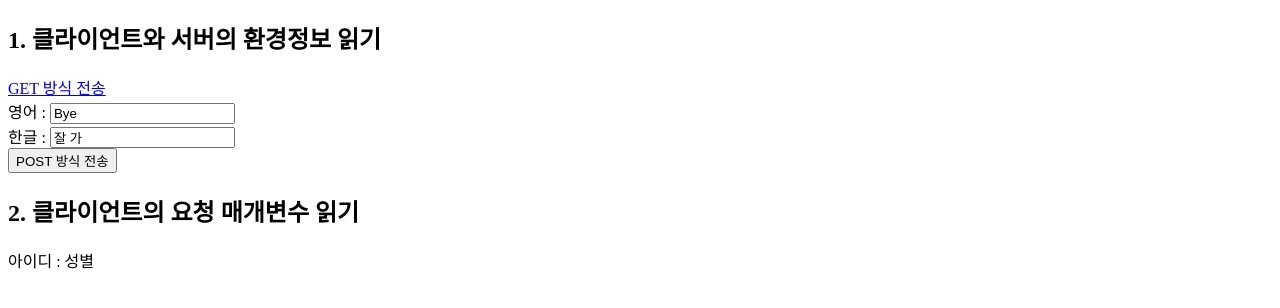
Repository: iamstudybox00/JSP_Servlet
Page: http://localhost/MustHaveJSP/02ImplicitObject/RequestMain.jsp
An editor plug-in stored every save of this project. The page is shown before and after the next save, followed by the edit.
The browser window is 1280 px wide. The pictures show the whole page.
The page is served by Tomcat 10. Other server files are loaded and not shown.

Above is the page before, as saved 2025-05-02 05:49:20.

### MustHaveJSP/src/main/webapp/02ImplicitObject/RequestMain.jsp
<%@ page language="java" contentType="text/html; charset=UTF-8"
    pageEncoding="UTF-8"%>
<!DOCTYPE html>
<html>
	<head>
	<meta charset="UTF-8">
	<title>내장객체 - request</title>
	</head>
	<body>
		<h2>1. 클라이언트와 서버의 환경정보 읽기</h2>
		<a href="./RequestWebInfo.jsp?eng=Hello&han=안녕">
			GET 방식 전송
		</a>
		<br/>
		<form action="RequestWebInfo.jsp" method="post" accept-charset="utf-8">
			영어 : <input type="text" name="eng" value="Bye" /><br/>
			한글 : <input type="text" name="han" value="잘 가" /><br/>
			<input type="submit" value="POST 방식 전송" />
		</form>

		<h2>2. 클라이언트의 요청 매개변수 읽기</h2>
		<form method="post" action="RequestParameter.jsp">
			아이디 :
			성별
		</form>
	</body>
</html>

After the next save:
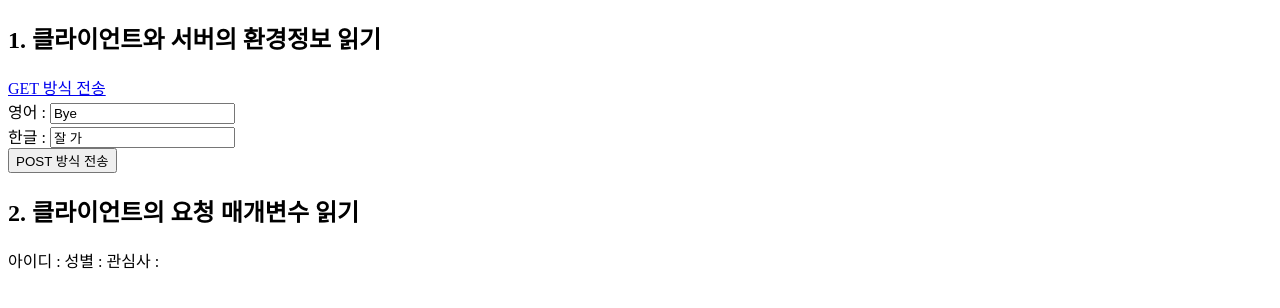
Saved 11 s later.
--- a/MustHaveJSP/src/main/webapp/02ImplicitObject/RequestMain.jsp
+++ b/MustHaveJSP/src/main/webapp/02ImplicitObject/RequestMain.jsp
@@ -21,7 +21,8 @@
 		<h2>2. 클라이언트의 요청 매개변수 읽기</h2>
 		<form method="post" action="RequestParameter.jsp">
 			아이디 :
-			성별
+			성별 :
+			관심사 :
 		</form>
 	</body>
 </html>
